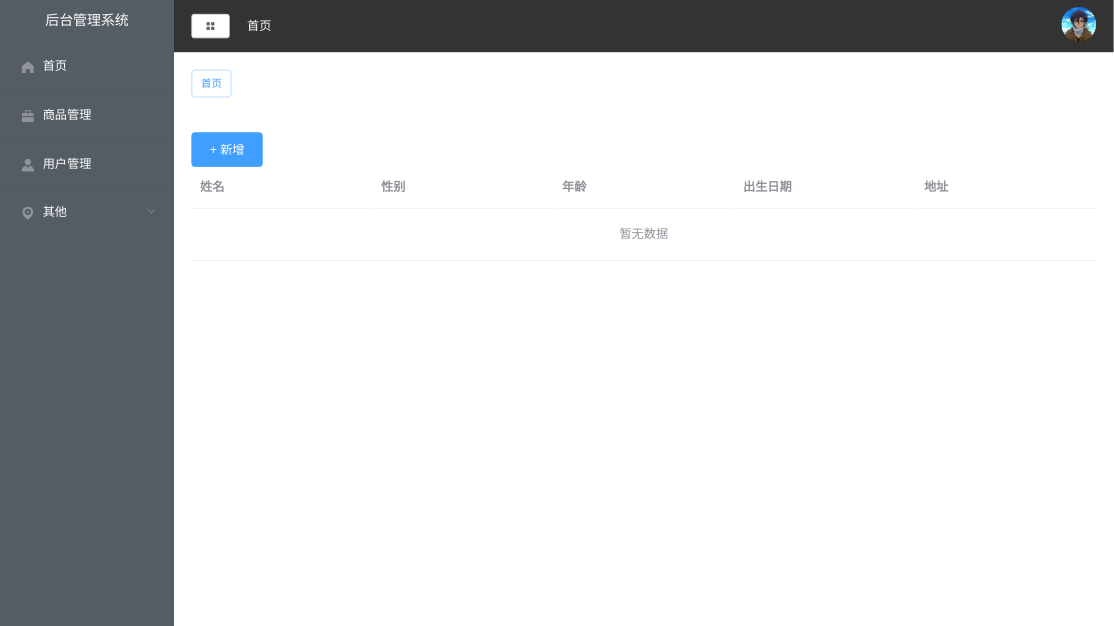
Repository: ldqml/ldqml.github.io
Page: /#/user
An editor plug-in stored every save of this project. The page is shown before and after a run of saves, followed by the edit.
The browser window is 1280 px wide. The pictures show the whole page, at 87% of full size.
The project was rebuilt for these pictures with package versions that can differ from the ones it lists, and the page was loaded fresh each time. Also part of the build but not shown: vue.config.js, src/views/Home.vue, src/views/Mall.vue, src/views/PageOne.vue, src/views/PageTwo.vue.

Above is the page before, as saved 2022-11-09 22:27:05.

### src/main.js
import Vue from 'vue'
import App from './App.vue'
import ElementUi from 'element-ui'
import 'element-ui/lib/theme-chalk/index.css'
import router from './router'
import store from './store'
import './api/mock'

Vue.use(ElementUi)
Vue.config.productionTip = false

new Vue({
  router,
  store,
  render: h => h(App),
}).$mount('#app')

### src/App.vue
<template>
  <div id="app">
    <!-- <el-row>
      <el-button disabled>默认按钮</el-button>
      <el-button type="primary" disabled>主要按钮</el-button>
      <el-button type="success" disabled>成功按钮</el-button>
      <el-button type="info" disabled>信息按钮</el-button>
      <el-button type="warning" disabled>警告按钮</el-button>
      <el-button type="danger" disabled>危险按钮</el-button>
    </el-row> -->
    <router-view></router-view>
  </div>
</template>

<script>
export default {
  name: "App",
  components: {},
};
</script>

<style lang="less">
html, body,h3,p{
  margin: 0;
  padding: 0;
}
</style>

### src/router/index.js
import Vue from 'vue'
import VueRouter from 'vue-router'
import User from '../views/User.vue'
import Home from '../views/Home.vue'
import Main from '../views/Main.vue'
import Mall from '../views/Mall.vue'
import PageOne from '../views/PageOne.vue'
import PageTwo from '../views/PageTwo.vue'

Vue.use(VueRouter)

const routes = [
    {
        path:'/',
        component:Main,
        redirect:'/home',
        children:[
            {
                path:'/',
                name:'home',
                component: Home
            },
            {
                path:'/user',
                name:'user',
                component: User
            },
            {
                path:'/mall',
                name:'mall',
                component: Mall
            },
            {
                path:'/page1',
                name:'page1',
                component: PageOne
            },
            {
                path:'/page2',
                name:'page2',
                component: PageTwo
            }
        ]
    }
]

const router = new VueRouter({
    routes
})

export default router

### src/store/index.js
import Vue from 'vue'
import Vuex from 'vuex'
import tab from './tab'

Vue.use(Vuex)

export default new Vuex.Store({
    modules:{
        tab
    }
})

### src/api/mock.js
import Mock from 'mockjs'
import homeApi from './mockServe/home'
import userApi from './mockServe/user'

Mock.mock('/api/home/getDate',homeApi.getStateDate)
Mock.mock('/api/user/add','post',userApi.createUser)
Mock.mock('/api/user/edit','post',userApi.updateUser)
Mock.mock('/api/user/del','post',userApi.deleteUser)
Mock.mock('/api/user/getUser',userApi.getUserList)

### src/views/User.vue
<template>
  <div class="manage">
    <el-dialog
      title="提示"
      :visible.sync="dialogVisible"
      width="35%"
      :before-close="handleClose"
    >
      <el-form
        ref="form"
        :rules="rules"
        :inline="true"
        :model="form"
        label-width="80px"
      >
        <el-form-item label="姓名" prop="name">
          <el-input placeholder="请输入姓名" v-model="form.name"></el-input>
        </el-form-item>
        <el-form-item label="年龄" prop="age">
          <el-input placeholder="请输入年龄" v-model="form.age"></el-input>
        </el-form-item>
        <el-form-item label="性别" prop="sex">
          <el-select v-model="form.sex" placeholder="请选择">
            <el-option label="男" value="1"></el-option>
            <el-option label="女" value="0"></el-option>
          </el-select>
        </el-form-item>
        <el-form-item label="出生日期" prop="birth">
          <el-col :span="11">
            <el-date-picker
              type="date"
              placeholder="选择日期"
              v-model="form.birth"
              style="width: 100%"
            ></el-date-picker>
          </el-col>
        </el-form-item>
        <el-form-item label="地址" prop="addr">
          <el-input placeholder="请输入地址" v-model="form.addr"></el-input>
        </el-form-item>
      </el-form>
      <span slot="footer" class="dialog-footer">
        <el-button @click="canc">取 消</el-button>
        <el-button type="primary" @click="submit">确 定</el-button>
      </span>
    </el-dialog>
    <div class="manage-header">
      <el-button @click="dialogVisible = true" type="primary">
        + 新增
      </el-button>
      <el-table :data="tableData" style="width: 100%">
        <el-table-column prop="name" label="姓名">
        </el-table-column>
        <el-table-column prop="sex" label="性别">
        </el-table-column>
        <el-table-column prop="age" label="年龄">
        </el-table-column>
        <el-table-column prop="birth" label="出生日期">
        </el-table-column>
        <el-table-column prop="addr" label="地址">
        </el-table-column>
      </el-table>
    </div>
  </div>
</template>
<script>
import {getUser} from '../api'
export default {
  data() {
    return {
      dialogVisible: false,
      form: {
        name: "",
        age: "",
        sex: "",
        birth: "",
        addr: "",
      },
      rules: {
        name: [{ required: true, message: "请输入姓名" }],
        age: [{ required: true, message: "请输入年龄" }],
        sex: [{ required: true, message: "请选择性别" }],
        birth: [{ required: true, message: "请选择生日" }],
        addr: [{ required: true, message: "请输入地址" }],
      },
      tableData: []
    };
  },
  methods: {
    submit() {
      this.$refs.form.validate((valid) => {
        if (valid) {
          this.$refs.form.resetFields();
          this.dialogVisible = false;
        }
      });
    },
    handleClose() {
      this.$refs.form.resetFields(), (this.dialogVisible = false);
    },
    canc() {
      this.handleClose();
    },
  },
  mounted(){
    getUser().then(({data}) =>{
      console.log(data)
    })
  }
};
</script>

### src/views/Main.vue
<template>
  <div>
    <el-container>
      <el-aside width="auto">
        <com-aside></com-aside>
      </el-aside>
      <el-container>
        <el-header>
          <com-header></com-header>
        </el-header>
        <common-tag></common-tag>
        <el-main>
            <router-view></router-view>
        </el-main>
      </el-container>
    </el-container>
  </div>
</template>
<script>
import ComAside from '../components/ComAside.vue'
import ComHeader from '../components/ComHeader.vue'
import CommonTag from '../components/CommonTag.vue'
export default {
  data() {
    return {}
  },
  components:{
    ComAside,
    ComHeader,
    CommonTag
  }
};
</script>

<style scoped>
.el-header{
  padding: 0;
}
</style>

### src/store/tab.js
export default{
    state:{
        isCollapse:false,
        tabsList:[
            {
                path: '/',
                name: 'home',
                label: '首页',
                icon: 's-home',
                url: 'Home/Home'
              }
        ]
    },
    mutations:{
        collapseMenu(state){
            state.isCollapse= !state.isCollapse
        },
        selectMenu(state,val){
            if(val.name !== 'home'){
                const index = state.tabsList.findIndex(item => item.name === val.name);
                if(index === -1){
                    state.tabsList.push(val)
                }
            }
        },
        closeTag(state,item){
            console.log(item,'item')
            const index = state.tabsList.findIndex(val => val.name === item.name)
            state.tabsList.splice(index,1)
        }
    }
}

### src/api/mockServe/home.js
import Mock from 'mockjs'

let List = []
export default {
    getStateDate:()=>{
        for(let i=0; i<7;i++){
            List.push(
                Mock.mock({
                    苹果:Mock.Random.float(100,8000,0,0),
                    vivo:Mock.Random.float(100,8000,0,0),
                    OPPO:Mock.Random.float(100,8000,0,0),
                    华为:Mock.Random.float(100,8000,0,0),
                    三星:Mock.Random.float(100,8000,0,0),
                    小米:Mock.Random.float(100,8000,0,0)
                })
            )
        }
        return {
            code:20000,
            data:{
                videData:[
                    {
                        name:'小米',
                        value:2999
                    },
                    {
                        name:'苹果',
                        value:2000
                    },
                    {
                        name:'vivo',
                        value:1699
                    },
                    {
                        name:'OPPO',
                        value:4999
                    },
                    {
                        name:'华为',
                        value:3699
                    },
                    {
                        name:'三星',
                        value:2499
                    }
                ],
                userData:[
                    {
                        date:'周一',
                        new:5,
                        active:200
                    },
                    {
                        date:'周二',
                        new:5,
                        active:500
                    },
                    {
                        date:'周三',
                        new:20,
                        active:550
                    },
                    {
                        date:'周四',
                        new:66,
                        active:600
                    },
                    {
                        date:'周五',
                        new:20,
                        active:100
                    },
                    {
                        date:'周六',
                        new:65,
                        active:400
                    },
                    {
                        date:'周日',
                        new:10,
                        active:300
                    }
                ],
                orderData:{
                    date:[],
                    data:List
                },
                tableData:[
                    {
                        name:'vivo',
                        todayBuy:200,
                        monthBuy:550,
                        totalBuy:22400
                    },
                    {
                        name:'OPPO',
                        todayBuy:300,
                        monthBuy:250,
                        totalBuy:29400
                    },
                    {
                        name:'苹果',
                        todayBuy:100,
                        monthBuy:150,
                        totalBuy:42400
                    },
                    {
                        name:'三星',
                        todayBuy:400,
                        monthBuy:450,
                        totalBuy:12400
                    },
                    {
                        name:'华为',
                        todayBuy:400,
                        monthBuy:650,
                        totalBuy:32400
                    },
                    {
                        name:'小米',
                        todayBuy:300,
                        monthBuy:450,
                        totalBuy:62400
                    }
                ]
            }
        }
    }
}

### src/api/mockServe/user.js
import Mock from "mockjs";

function param2Obj(url){
    const search = url.split('?')[1]
    if(!search){
        return {}
    }
    return JSON.parse(
        '{"'+
        decodeURIComponent(search)
        .replace(/"/g, '\\"')
        .replace(/&/g,'","')
        .replace(/=/g,'";"') +
        '}"'
    )
}

let List = []
const count = 200
for(let i = 0; i < count; i++){
    List.push(
        Mock.mock({
            id:Mock.Random.guid(),
            name:Mock.Random.cname(),
            addr:Mock.mock('@county(true)'),
            'age|18-60':1,
            birth:Mock.Random.date(),
            sex:Mock.Random.integer(0,1)
        })
    )
}

export default {
    getUserList: config =>{
        const {name,page =1,limit =20} = param2Obj(config.url)
        console.log('name:'+name,'page:'+page,'分页大小limit:' +limit)
        const mockList = List.filter(user=>{
            if(name&&user.name.indexOf(name)===-1&&user.addr.indexOf(name)===-1) return false
            return true
        })
        const pageList =mockList.filter((item,index)=>index<limit*page&&index>=limit*(page-1))
        return{
            code:20000,
            count:mockList.length,
            list:pageList
        }
    },
    createUser:config=>{
        const {name,addr,age,birth,sex} = JSON.parse(config.body)
        console.log(JSON.parse(config.body))
        List.unshift({
            id:Mock.Random.guid(),
            name:name,
            addr:addr,
            age:age,
            birth:birth,
            sex:sex
        })
        return{
            code:20000,
            date:{
                message:'添加成功'
            }
        }
    },
    deleteUser:config=>{
        const {id} = JSON.parse(config.body)
        if(!id){
            return{
                code:-999,
                message:'参数不正确'
            }
        }else{
            List= List.filter(u => u.id !== id)
            return{
                code:20000,
                message:'删除成功'
            }
        }
    },
    batchremove:config=>{
        let {ids} = param2Obj(config.url)
        ids = ids.split(',')
        List = List.filter(u => !ids.includes(u.id))
        return{
            code:20000,
            data:{
                message:'批量删除成功'
            }
        }
    },
    updateUser:config=>{
        const {id,name,addr,birth,sex,age} = JSON.parse(config.body)
        const sex_num = parseInt(sex)
        List.some(u =>{
            if(u.id === id){
                u.name = name
                u.addr = addr
                u.birth = birth
                u.sex = sex_num
                u.age = age
                return true
            }
        })
        return{
            code:20000,
            data:{
                message:'编辑成功'
            }
        }
    }
}

### src/api/index.js
import http from './request'

export const getDate =() =>{
    return http.get('/home/getDate')
}

export const getUser =(params) =>{
    return http.get('/user/getUser',params)
}

export const addUser =(data) =>{
    return http.post('/user/add',data)
}

export const editUser =(data) =>{
    return http.post('/user/edit',data)
}

export const delUser =(data) =>{
    return http.post('/user/del',data)
}

### src/components/ComAside.vue
<template>
  <el-menu
    default-active="1-4-1"
    class="el-menu-vertical-demo"
    @open="handleOpen"
    @close="handleClose"
    :collapse="isCollapse"
    background-color="#545c64"
    text-color="#fff"
    active-text-color="#ffd04b"
  >
    <h3>{{isCollapse ? '后台' : '后台管理系统'}}</h3>
    <el-menu-item @click="toPage(item)" v-for="item in noChildren" :key='item.name' :index="item.name">
      <i :class="`el-icon-${item.icon}`"></i>
      <span slot="title">{{item.label}}</span>
    </el-menu-item>
    <el-submenu v-for="item in hasChildren" :key="item.label" :index="item.label">
      <template slot="title">
        <i class="el-icon-location"></i>
        <span slot="title">{{item.label}}</span>
      </template>
      <el-menu-item-group>
        <el-menu-item @click="toPage(subitem)" v-for="subitem in item.children" :key="subitem.name" :index="subitem.name">{{subitem.label}}</el-menu-item>
      </el-menu-item-group>
    </el-submenu>
  </el-menu>
</template>

<style lang="less" scoped>
.el-menu-vertical-demo:not(.el-menu--collapse) {
  width: 200px;
  min-height: 400px;
}
.el-menu{
  height: 100vh;
  h3{
    color: #fff;
    text-align: center;
    line-height: 48px;
    font-size: 16px;
    font-weight: 400;
  }
}
</style>

<script>
export default {
  data() {
    return {
      menuDate:[
        {
          path: '/',
          name: 'home',
          label: '首页',
          icon: 's-home',
          url: 'Home/Home'
        },
        {
          path: '/mall',
          name: 'mall',
          label: '商品管理',
          icon: 's-cooperation',
          url: 'MallManage/MallManage'
        },
        {
          path: '/user',
          name: 'user',
          label: '用户管理',
          icon: 's-custom',
          url: 'UserManage/UserManage'
        },
        {
          label: '其他',
          icon: 'location',
          children: [
            {
              path: '/page1',
              name: 'page1',
              label: '首页1',
              icon: 'setting',
              url: 'Other/PageOne'
            },
            {
              path: '/page2',
              name: 'page2',
              label: '首页2',
              icon: 'setting',
              url: 'Other/PageTwo'
            }
          ]
        }
      ]
    };
  },
  methods: {
    handleOpen(key, keyPath) {
      console.log(key, keyPath);
    },
    handleClose(key, keyPath) {
      console.log(key, keyPath);
    },
    toPage(item){
      if(this.$route.path != item.path && !(this.$route.path === '/home' && (item.path === '/'))){
        this.$router.push(item.path)
      }
      this.$store.commit('selectMenu',item)
    }
  },
  computed:{
    noChildren(){
        return this.menuDate.filter(item => !item.children)
    },
    hasChildren(){
        return this.menuDate.filter(item => item.children)
    },
    isCollapse(){
      return this.$store.state.tab.isCollapse
    }
  }
};
</script>

<style lang="less" scoped>
.el-menu{
  border-right: none;
}
</style>

### src/components/ComHeader.vue
<template>
  <div class="header-container">
    <div class="l-content">
      <el-button style="margin-right:20px" @click="handMenu" icon="el-icon-menu" size="mini"></el-button>
      <el-breadcrumb separator="/">
        <el-breadcrumb-item v-for="item in tags" :key="item.path" :to="{ path: item.path }">{{item.label}}</el-breadcrumb-item>
      </el-breadcrumb>
    </div>
    <div class="r-content">
      <el-dropdown>
        <span class="el-dropdown-link">
          <img class="user" src="../images/1.jpeg" alt="" />
        </span>
        <el-dropdown-menu slot="dropdown">
          <el-dropdown-item>个人中心</el-dropdown-item>
          <el-dropdown-item>退出</el-dropdown-item>
        </el-dropdown-menu>
      </el-dropdown>
    </div>
  </div>
</template>
<script>
import {mapState} from 'vuex'
export default {
  data() {
    return {};
  },
  methods: {
    handMenu() {
      this.$store.commit("collapseMenu");
    },
  },
  computed:{
    ...mapState({
      tags:state=>state.tab.tabsList
    })
  }
};
</script>

<style lang="less" scoped>
.header-container {
  padding: 0 20px;
  background-color: #333;
  height: 60px;
  display: flex;
  justify-content: space-between;
  align-items: center;
  .text {
    color: #fff;
    font-size: 14px;
    margin-left: 10px;
  }
  .r-content {
    .user {
      width: 40px;
      height: 40px;
      border-radius: 50%;
    }
  }
  .l-content {
    display: flex;
    align-items: center;
    /deep/.el-breadcrumb__item{
      .el-breadcrumb__inner{
        font-weight: normal;
        &.is-link{
          color: #666;
        }
      }
      &:last-child{
        .el-breadcrumb__inner{
          color: #fff;
        }
      }
    }
  }
}
</style>

### src/components/CommonTag.vue
<template>
  <div class="tabs">
    <el-tag
      v-for="(item,index) in tags"
      :key="item.path"
      :closable="item.name !== 'home'"
      :type="item.type"
      :effect="$route.name === item.name ? 'dark' : 'plain'"
      @click="changMenu(item)"
      @close="handleClose(item,index)"
    >
      {{ item.label }}
    </el-tag>
  </div>
</template>

<script>
import {mapState} from 'vuex'
import {mapMutations} from 'vuex'
export default {
    name:'ComTag',
    data() {
        return {

        }
    },
    computed:{
        ...mapState({
            tags:state=>state.tab.tabsList
        })
    },
    methods:{
      ...mapMutations(['closeTag']),
      changMenu(item){
        this.$router.push({name:item.name})
      },
      handleClose(item,index){
        this.closeTag(item)
        const length = this.tags.length
        if(item.name !== this.$route.name){
          return
        }
        if(index == length){
          this.$router.push({
            name:this.tags[index-1].name
          })
        }else{
          this.$router.push({
            name:this.tags[index].name
          })
        }
      }
    }
}
</script>

<style lang="less" scoped>
.tabs{
  padding: 20px;
  .el-tag{
    margin-right: 15px;
    cursor: pointer;
  }
}
</style>

### src/api/request.js
import axios from "axios";

const http = axios.create({
    baseURL:'/api',
    timeout:5000
})

http.interceptors.request.use(function(config){
    return config
},function(error){
    return Promise.reject(error)
})

http.interceptors.response.use(function(response){
    return response
},function(error){
    return Promise.reject(error)
})
export default http

Loaded but not shown: public/index.html (common file)

After the next 2 saves:
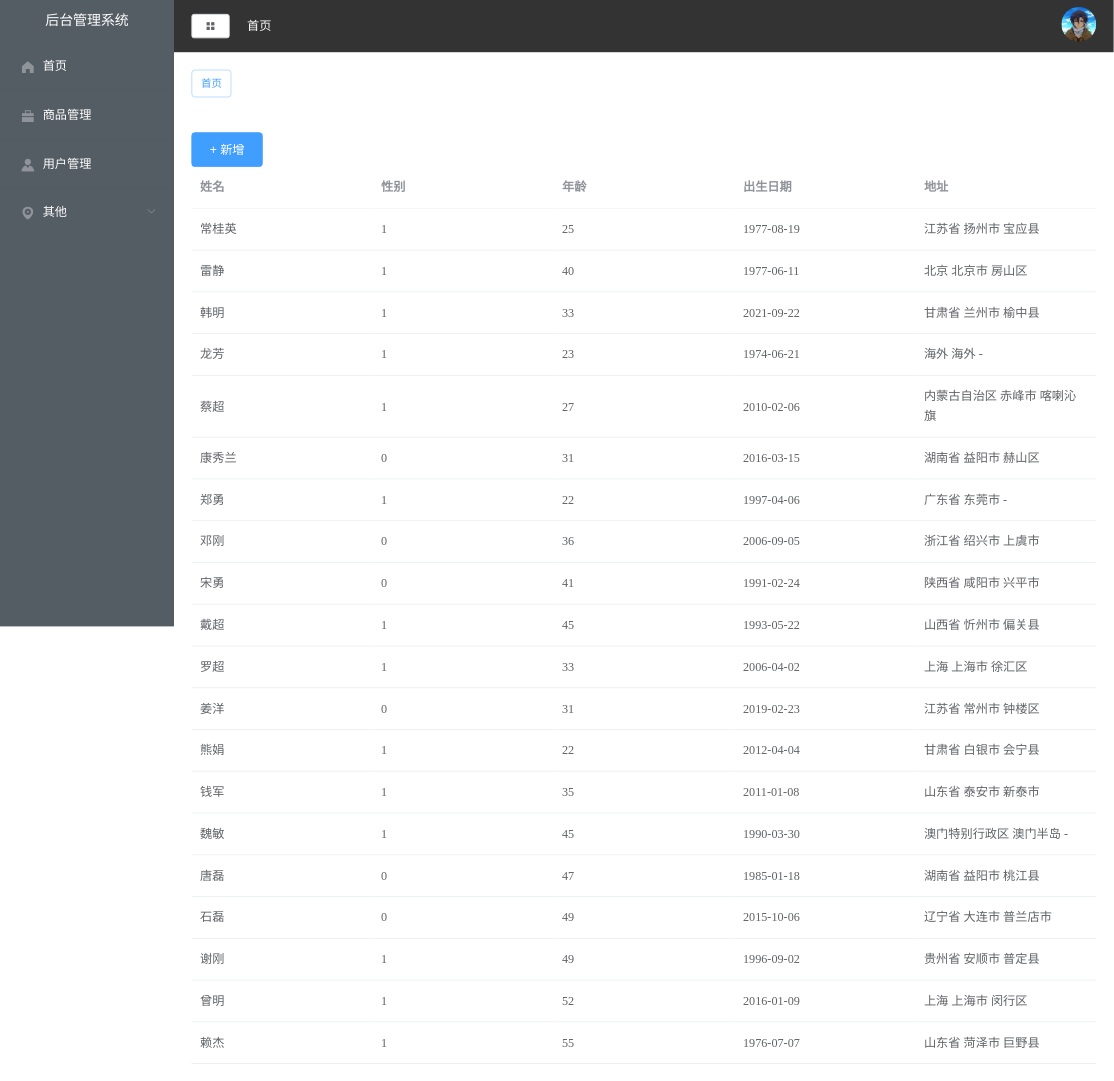
The 2 saves are shown as one change because 1 did not build or start.
The last was saved 2 min 8 s later.
--- a/src/views/User.vue
+++ b/src/views/User.vue
@@ -105,6 +105,7 @@ export default {
   mounted(){
     getUser().then(({data}) =>{
       console.log(data)
+      this.tableData = data.list;
     })
   }
 };
